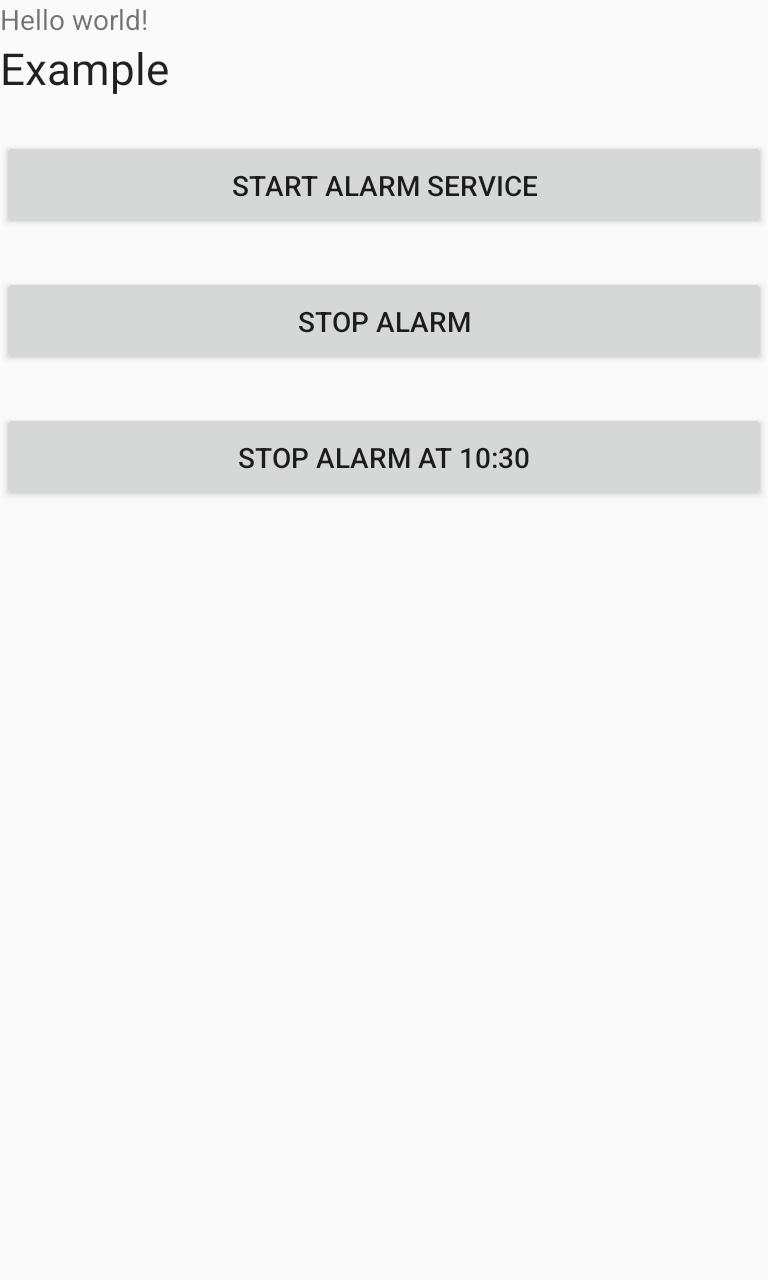
Repository: aludena18/android_apps
Layout: AlarmService/res/layout/activity_main.xml
The author's editor kept a copy of each file at every save. The layout is drawn from the files as they stood at one save, then again after the next save.
It is drawn on a 768 x 1280 px phone screen (xhdpi) without system bars, with theme AppTheme; the app's code is not run. The app's manifest (not shown) leaves right-to-left support off. So textAlignment, textDirection and layoutDirection are ignored, and left and right values win over start and end ones.

Above is the layout before, as saved 2015-06-26 21:16:25.

After the next save:
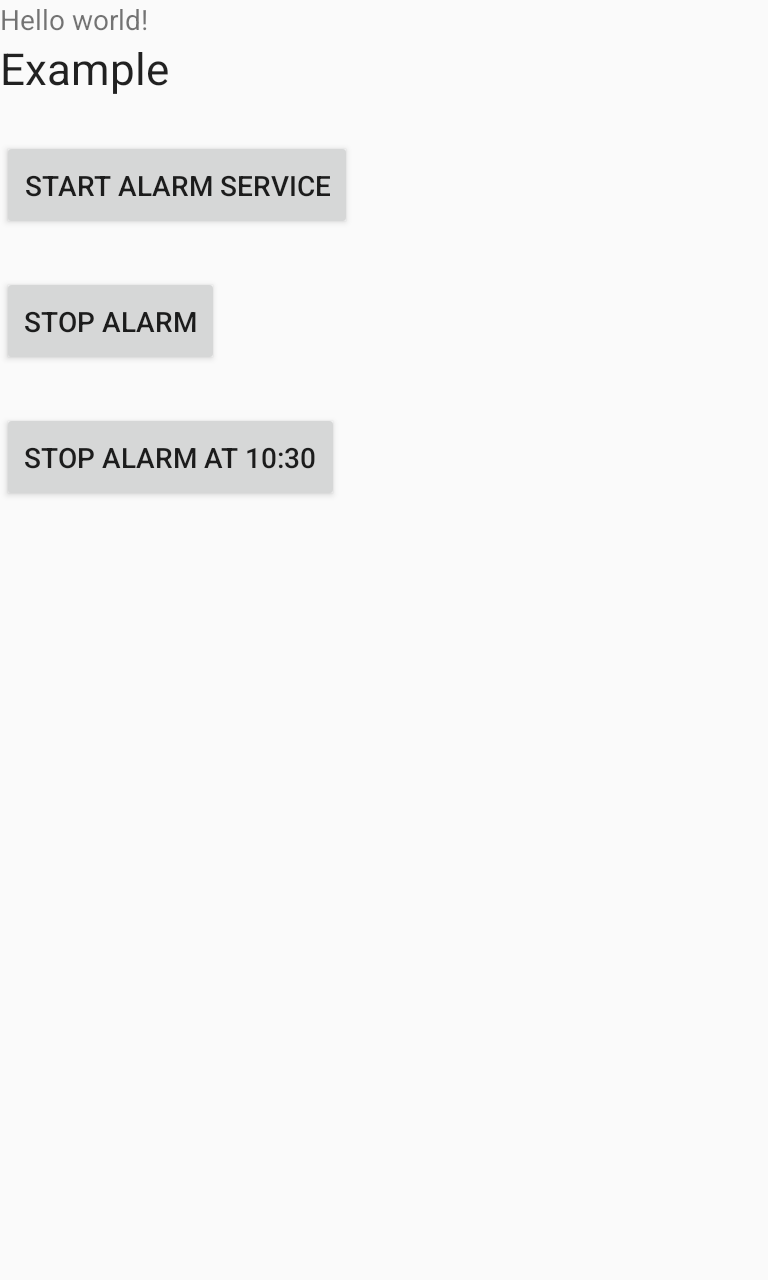
Saved 50 s later.
--- a/AlarmService/res/layout/activity_main.xml
+++ b/AlarmService/res/layout/activity_main.xml
@@ -20,28 +20,23 @@
 
     <Button
         android:id="@+id/startAlarm"
-        android:layout_width="match_parent"
+        android:layout_width="wrap_content"
         android:layout_height="wrap_content"
-        android:layout_alignParentLeft="true"
-        android:layout_alignParentStart="true"
-        android:layout_below="@+id/textView"
         android:layout_marginBottom="20dp"
         android:text="Start Alarm Service" />
 
     <Button
         android:id="@+id/stopAlarm"
-        android:layout_width="match_parent"
+        android:layout_width="wrap_content"
         android:layout_height="wrap_content"
-        android:layout_below="@+id/startAlarm"
         android:layout_marginBottom="20dp"
         android:text="Stop Alarm" />
 
 
     <Button
         android:id="@+id/stopAlarmAt10"
-        android:layout_width="match_parent"
+        android:layout_width="wrap_content"
         android:layout_height="wrap_content"
-        android:layout_below="@+id/stopAlarm"
         android:text="Stop Alarm at 10:30" />
 
 </LinearLayout>
